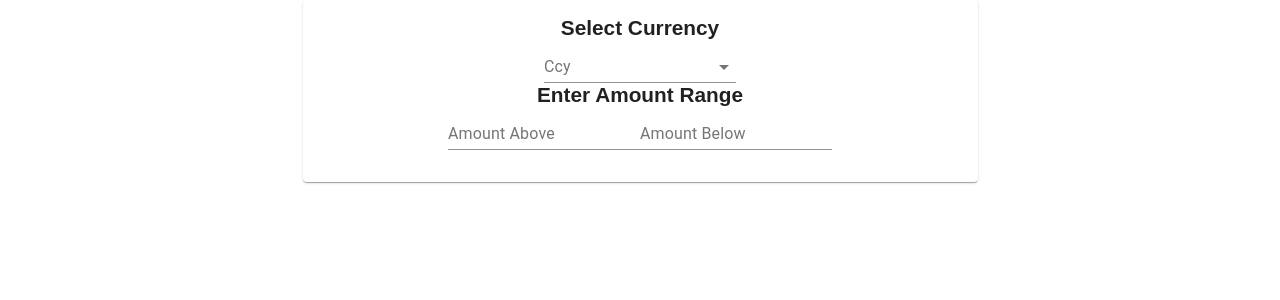
Repository: AmanullaChishty/filter
Page: /
These files come from the project's save history. The page is drawn as it stood at one moment and after the next save; the edit follows.
The browser window is 1280 px wide. The pictures show the whole page.
The page's requests for data from a server got no answer. The project was rebuilt for these pictures with package versions that can differ from the ones it lists, and the page was loaded fresh each time. No one was signed in, and anything a server would have sent is missing. Imported but missing from the stored project, and not drawn on this page: src/reducers/simpleReducer.

Above is the page before, as saved 2020-01-25 22:28:43.

### src/index.js
import React from 'react';
import ReactDOM from 'react-dom';

// Required for Redux store setup
import { Provider } from 'react-redux'
import configureStore from './store';

import './index.css';
import App from './App';
import registerServiceWorker from './registerServiceWorker';

ReactDOM.render(
  <Provider store={configureStore()}>
    <App />
  </Provider>,
  document.getElementById('root')
);
registerServiceWorker();

### src/store.js
import { createStore, applyMiddleware } from 'redux';
import thunk from 'redux-thunk';
import rootReducer from './reducers/rootReducer';

export default function configureStore(initialState={}) {
  return createStore(
    rootReducer,
    applyMiddleware(thunk)
  );
}

### src/App.js
import MUIDataTable from "mui-datatables";
import React, { Component } from 'react';
import { connect } from 'react-redux';
import { bindActionCreators } from 'redux';
import './App.css';
import { fetchData } from './searchBar/actions/fetchData';
// import WorkList from './gridList'
import SearchBar from './searchBar/components/searchBar';
import { getData } from './searchBar/selectors/searchSelectors';



/*
 * mapDispatchToProps
*/
// const mapDispatchToProps = dispatch => ({
//   simpleAction: () => dispatch(simpleAction())
// })

/*
 * mapStateToProps
*/
// const mapStateToProps = state => ({
//   ...state
// })

const mapStateToProps=state=> {
  return {
      content:getData(state)
      };
}

const mapDispatchToProps = dispatch => bindActionCreators({
  fetchAllData:fetchData,
}, dispatch)

const headers = [{ name: "invoice_id", label: "Invoice id", options: { filter: true, sort: true, } },{ name: "reference", label: "Reference", options: { filter: true, sort: true, } },
{ name: "maturity_date", label: "Maturity Date", options: { filter: true, sort: true, } },{ name: "invoice_amount", label: "Invoice Amount", options: { filter: true, sort: true, } },
{ name: "ccy", label: "CCY", options: { filter: true, sort: true, } },{ name: "buyer", label: "Buyer", options: { filter: true, sort: true, } },
{ name: "supplier", label: "Supplier", options: { filter: true, sort: true, } },{ name: "invoice_date", label: "Invoice Date", options: { filter: true, sort: true, } },]

const options = {
  filterType: "checkbox",
  responsive: "stacked",
}

/**
 * @class App
 * @extends {Component}
 */
class App extends Component {


  componentDidMount() {
    const { fetchAllData } = this.props;
    fetchAllData();

}
  /**
   * @memberof App
   * @summary handles button click
   */
  // simpleAction = (event) => {
  //   this.props.simpleAction();
  // }

  render() {
    const {content} = this.props;
    return (
      <div className="App">
        {/* <WorkList/> */}
        <SearchBar/>
        {/* <MUIDataTable
            title={'Detail List'}
            data={content}
            columns={headers}
            options={options}

          /> */}
        {/* <header className="App-header">
          <img src={logo} className="App-logo" alt="logo" />
          <h1 className="App-title">Welcome to React</h1>
        </header>
        <pre>
          {
            JSON.stringify(this.props)
          }
        </pre>
        <button onClick={this.simpleAction}>Test redux action</button>
        <p className="App-intro">
          To get started, edit <code>src/App.js</code> and save to reload.
        </p> */}
      </div>
    );
  }
}

export default connect(mapStateToProps, mapDispatchToProps)(App);

### src/reducers/rootReducer.js
import { combineReducers } from 'redux';
import simpleReducer from './simpleReducer';
import searchReducer from '../searchBar/reducers/searchReducer'

export default combineReducers({
  simpleReducer,
  searchReducer
});

### src/searchBar/actions/fetchData.js
import { getData } from "./searchAction";


function fetchData() {
    return dispatch => {
        fetch(`https://my.api.mockaroo.com/tallydata.json?key=1e3baa20`, {
            headers: {
              'Content-Type': 'application/json'

            }
          })
        .then(res => res.json())
        .then(res => {
            if(res.error) {
                throw(res.error);
            }
            dispatch(getData(res));

            return res;
        })
        .catch(error => {
            alert(error);
        })
    }
}

export { fetchData };

### src/searchBar/components/searchBar.js
import React, { Component } from 'react';
import { connect } from 'react-redux';
import { bindActionCreators } from 'redux';
import { fetchData } from '../actions/fetchData';
import { search } from '../actions/searchAction';
import { getData, getSearchData } from '../selectors/searchSelectors';
import InputLabel from '@material-ui/core/InputLabel';
import MenuItem from '@material-ui/core/MenuItem';
import FormControl from '@material-ui/core/FormControl';
import Select from '@material-ui/core/Select';
import { Grid, Card, CardContent,CardActions, Input } from '@material-ui/core';




class SearchBar extends Component {

  constructor(props){
    super(props);
    this.handleChange=this.handleChange.bind(this)
    this.state = {
      ccy:'',

    }
  }

  componentDidMount() {
    const { fetchAllData } = this.props;
    fetchAllData();
    }



  handleChange = event => {
    this.setState({ccy:event.target.value})
  };
  render() {
    // const {searchData, value,content} = this.props;
    const {ccy} = this.state

    return (
      <Grid style={{display:'flex',justifyContent:'center',alignItems:'center',flexDirection:'column'}}>
        {/* <input
          className="form-control"
          placeholder = "Procurar Trabalho"
          onChange={(e) => searchData(e.target.value)}
         />
    <h3>{value}</h3> */}
    <Card style={{maxWidth:675,width:'100%'}}>
      <CardContent>
        <Grid style={{display:'flex',justifyContent:'center',alignItems:'center',flexDirection:'column'}}>
      <span style={{fontSize:'1.3em',fontWeight:'bold',marginBottom:'-1em'}}>Select Currency</span>
    <FormControl style={{width:'12em',marginTop:'1em'}} >

        <InputLabel id="ccy">
          Ccy
        </InputLabel>
        <Select
          labelId="ccy"
          id="demo-simple-select-outlined"
          value={ccy}
          onChange={this.handleChange}
         >

          <MenuItem value={10}>USD</MenuItem>
          <MenuItem value={20}>INR</MenuItem>
          <MenuItem value={30}>JPY</MenuItem>
          <MenuItem value={30}>RYD</MenuItem>
        </Select>
      </FormControl>
      </Grid>

      <Grid style={{display:'flex',justifyContent:'center',alignItems:'center',flexDirection:'column'}}>
      <span style={{fontSize:'1.3em',fontWeight:'bold',marginBottom:'-1em'}}>Enter Amount Range</span>
      <Grid style={{display:'flex',justifyContent:'center',alignItems:'center',}}>
      <FormControl style={{width:'12em',marginTop:'1em'}} >

      <InputLabel id="ccy">
        Amount Above
      </InputLabel>
      <Input type='number'/>

    </FormControl>
    <FormControl style={{width:'12em',marginTop:'1em'}} >

      <InputLabel id="ccy">
        Amount Below
      </InputLabel>
      <Input type='number'/>

    </FormControl>
      </Grid>
      </Grid>

      </CardContent>
      <CardActions>

      </CardActions>
      </Card>
    </Grid>
    );
  }
}

// function mapStateToProps({works}) {
//   return {value: works.value};
// }

const mapStateToProps=state=> {
    return {
        value: getSearchData(state),
        content:getData(state)
        };
  }

const mapDispatchToProps = dispatch => bindActionCreators({
    searchData: search,
    fetchAllData:fetchData,
}, dispatch)

// function mapDispatchToProps(dispatch) {
//   return bindActionCreators({search}, dispatch);
// }

export default connect(mapStateToProps, mapDispatchToProps)(SearchBar);

### src/searchBar/selectors/searchSelectors.js
import { createSelector } from 'reselect';

export const getSearchData = createSelector(
    state => state.searchReducer.serachedValue,
    serachedValue => serachedValue
)

export const getData = createSelector(
    state => state.searchReducer.contents,
    contents=>contents
)

### src/searchBar/reducers/searchReducer.js
import { SEARCH, SUCCESS } from '../actions/searchAction';

const initialState = {contents: [], value: '', serachedValue: []};

export default function searchReducer(state = initialState, action) {
  switch(action.type) {
    case SUCCESS: {
      const {contents} = action;
      return {
        ...state,
        contents:contents
      };
    }
    case SEARCH: {
      const {value} = action;
      const works = state.contents.filter((val) => {console.log('val',val), val.includes(value)});
      return {
        ...state,
        value:value,
        serachedValue:works
      };
    }
    default:
      return state;
  }
}

### src/searchBar/actions/searchAction.js
export const SEARCH = 'SEARCH';
export const SUCCESS = 'SUCCESS'

export function search(value) {
  return {
      type: SEARCH,
      value:value
    };
}

export function getData(res) {
  return {
      type: SUCCESS,
      contents:res
    };
}

// export const search = (value) => dispatch => {
//     dispatch({
//       type: SEARCH,
//       payload: value
//     })
//   }

Loaded but not shown: public/index.html (common file); src/index.css (common file); src/registerServiceWorker.js (common file); src/App.css (common file)

After the next save:
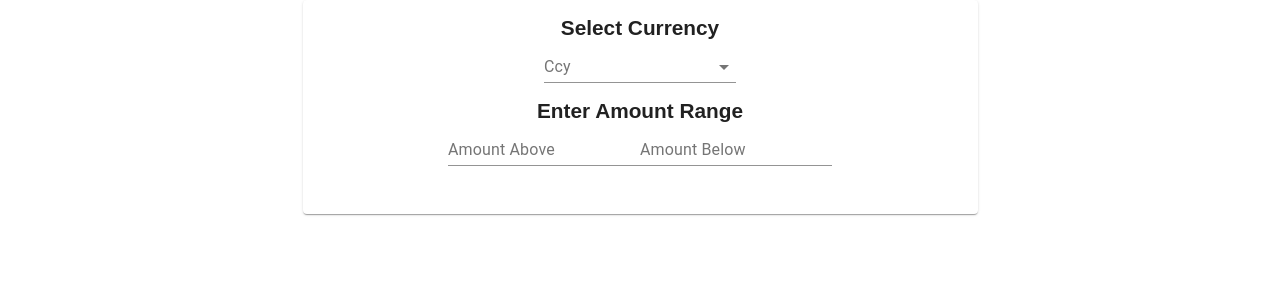
Saved 31 s later.
--- a/src/searchBar/components/searchBar.js
+++ b/src/searchBar/components/searchBar.js
@@ -48,7 +48,7 @@ class SearchBar extends Component {
     <h3>{value}</h3> */}
     <Card style={{maxWidth:675,width:'100%'}}>
       <CardContent>
-        <Grid style={{display:'flex',justifyContent:'center',alignItems:'center',flexDirection:'column'}}>
+        <Grid style={{display:'flex',justifyContent:'center',alignItems:'center',flexDirection:'column',marginBottom:'1em'}}>
       <span style={{fontSize:'1.3em',fontWeight:'bold',marginBottom:'-1em'}}>Select Currency</span>
     <FormControl style={{width:'12em',marginTop:'1em'}} >
 
@@ -70,7 +70,7 @@ class SearchBar extends Component {
       </FormControl>
       </Grid>
 
-      <Grid style={{display:'flex',justifyContent:'center',alignItems:'center',flexDirection:'column'}}>
+      <Grid style={{display:'flex',justifyContent:'center',alignItems:'center',flexDirection:'column',marginBottom:'1em'}}>
       <span style={{fontSize:'1.3em',fontWeight:'bold',marginBottom:'-1em'}}>Enter Amount Range</span>
       <Grid style={{display:'flex',justifyContent:'center',alignItems:'center',}}>
       <FormControl style={{width:'12em',marginTop:'1em'}} >
